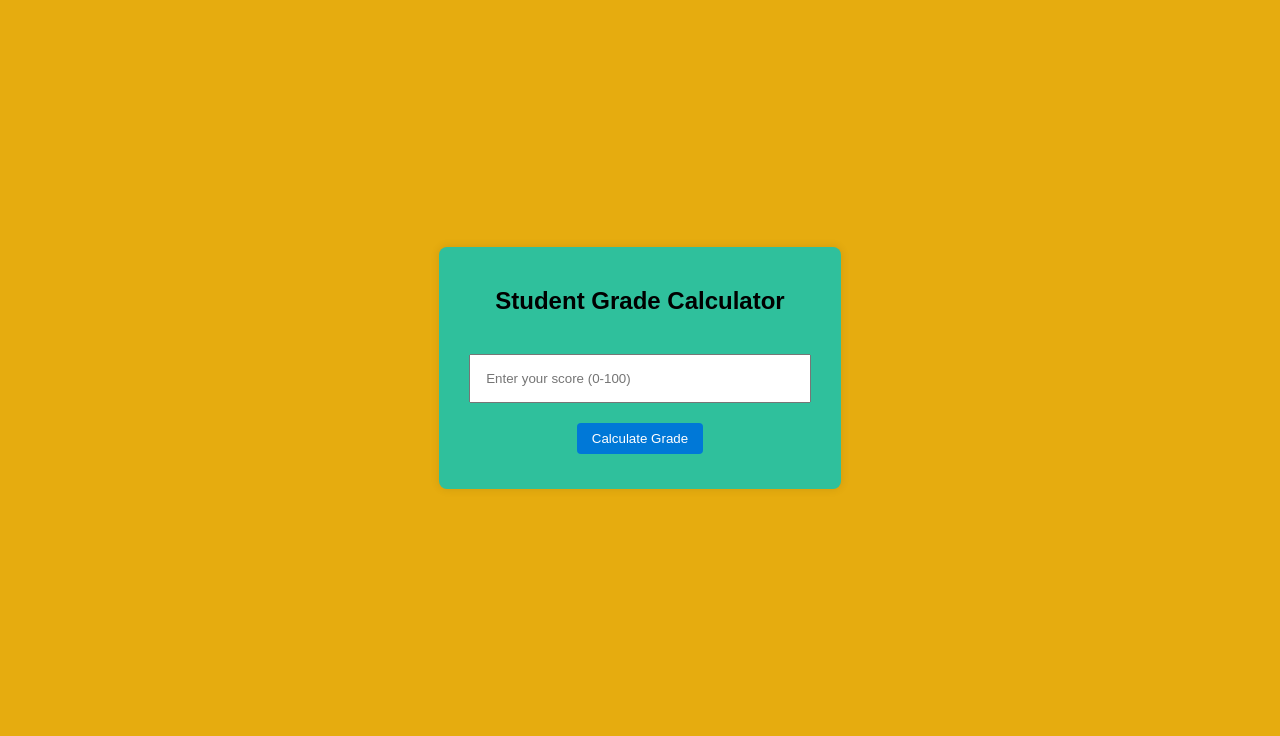
Repository: moshi704/web-dev-labs--group-1
Page: Week 5/Index.html
The author's editor kept a copy of each file at every save. The page is drawn from the files as they stood at one save, then again after the next save.
The browser window is 1280 px wide. The pictures show the whole page.

Above is the page before, as saved 2026-06-23 17:33:47.

### Week 5/Index.html
<!DOCTYPE html>
<html lang="en">
<head>
  <meta charset="UTF-8">
  <meta name="viewport" content="width=device-width, initial-scale=1.0">
  <title>Student Grade Calculator</title>
  <link rel="stylesheet" href="style.css">
</head>
<body>

  <div class="container">
    <h2>Student Grade Calculator</h2>
    <input type="number" id="scoreInput" placeholder="Enter your score (0-100)">
    <button id="calcBtn">Calculate Grade</button>
    <div id="results"></div>
  </div>
  <script src="script.js"></script>
</body>
</html>

### Week 5/style.css
body {
  font-family: Arial, sans-serif;
  background-color: #e6ac0f;
  display: flex;
  justify-content: center;
  align-items: center;
  height: 100vh;
}

.container {
  background: #2fc09c;
  padding: 20px 30px;
  border-radius: 8px;
  box-shadow: 0 0 10px rgba(0,0,0,0.1);
  text-align: center;
}

input {
  padding: 15px;
  margin: 20px 0;
  width: 90%;
}

button {
  padding: 8px 15px;
  background-color: #0078d7;
  color: white;
  border: none;
  border-radius: 4px;
  cursor: pointer;
}

button:hover {
  background-color: #005fa3;
}

#results {
  margin-top: 15px;
  font-weight: bold;
}

### Week 5/script.js
document.getElementById("calcBtn").addEventListener("click", function() {
  const scoreInput = document.getElementById("scoreInput");
  const results = document.getElementById("results");
  const score = Number(scoreInput.value);

  // Input validation
  if (isNaN(score) || score < 0 || score > 100) {
    results.textContent = " Please enter a valid score between 0 and 100.";
    results.styleColor = "red";
    return;
  }

  // Grade calculation
  let grade;
  if (score >= 70) grade = "A";
  else if (score >= 60) grade = "B";
  else if (score >= 50) grade = "C";
  else if (score >= 40) grade = "D";
  else grade = "F";

  // Display result
  results.textContent = `Score: ${score} → Grade: ${grade}`;
  results.style.color = grade === "A" ? "green" : grade === "F" ? "red" : "black";

  // Reset input
  scoreInput.value = "";
});

After the next save:
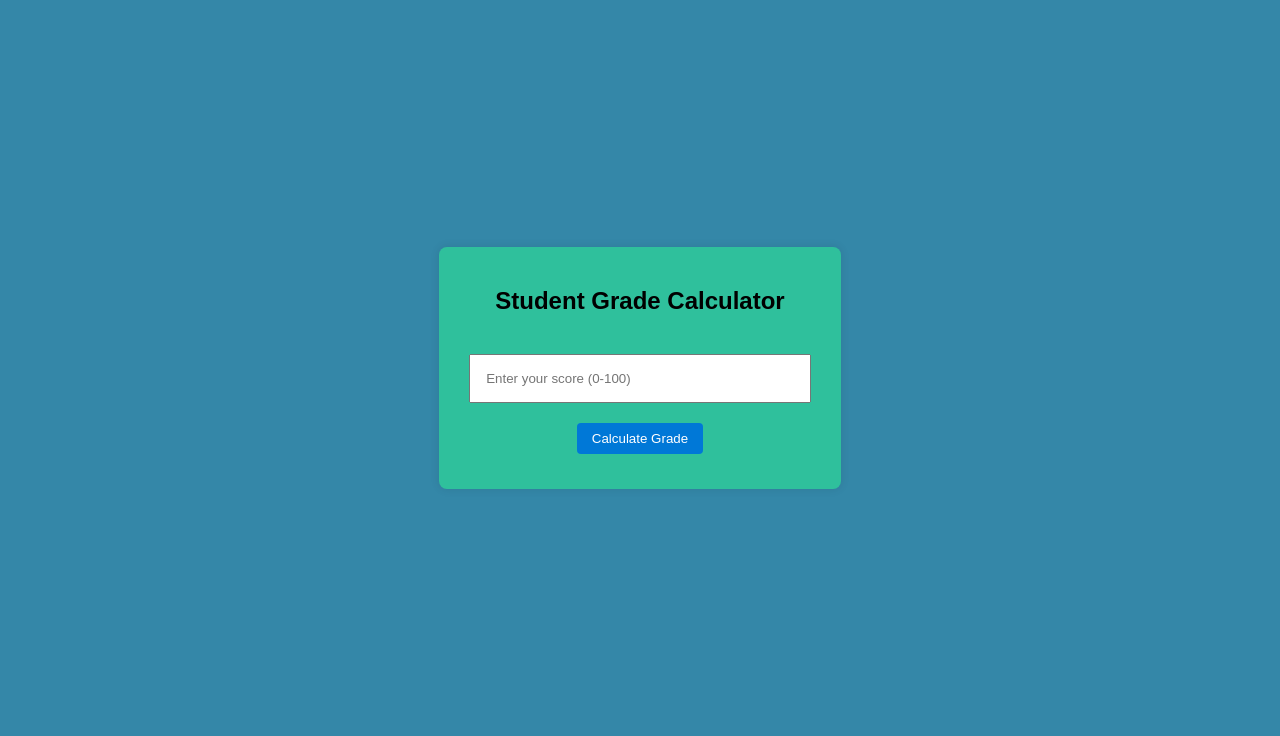
Saved 2 min 0 s later.
--- a/Week 5/style.css
+++ b/Week 5/style.css
@@ -1,6 +1,6 @@
 body {
   font-family: Arial, sans-serif;
-  background-color: #e6ac0f;
+  background-color: #3487a8;
   display: flex;
   justify-content: center;
   align-items: center;
